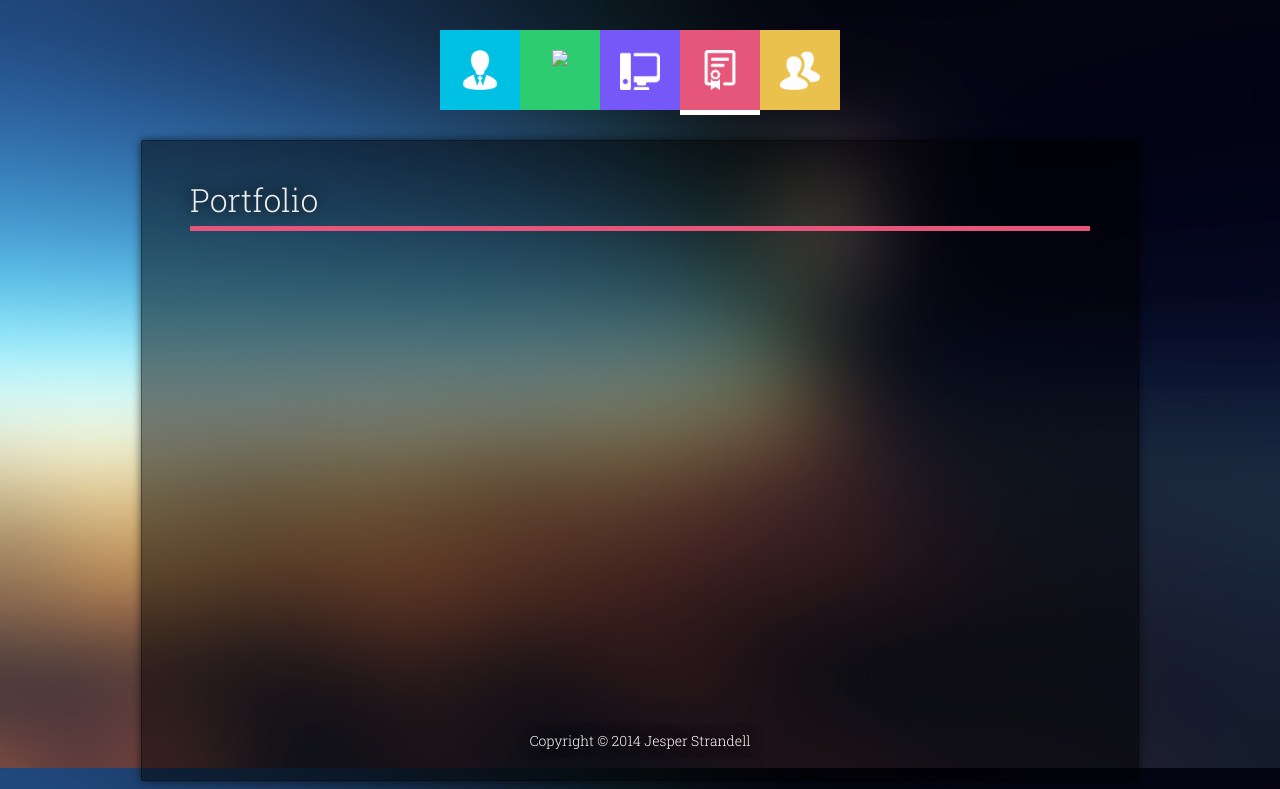
Repository: ja222vv/minipage
Page: pages/portfolio.html
The author's editor kept a record of every edit. The page is drawn from the files as they stood at one moment, then again after the next edit.
The browser window is 1280 px wide. The pictures show the whole page.
Backgrounds fixed to the window are drawn as part of the page.

Above is the page before.
Not found: pages/css/pics/wrench.png
Not found: pages/scripts/script.js

After the next edit:
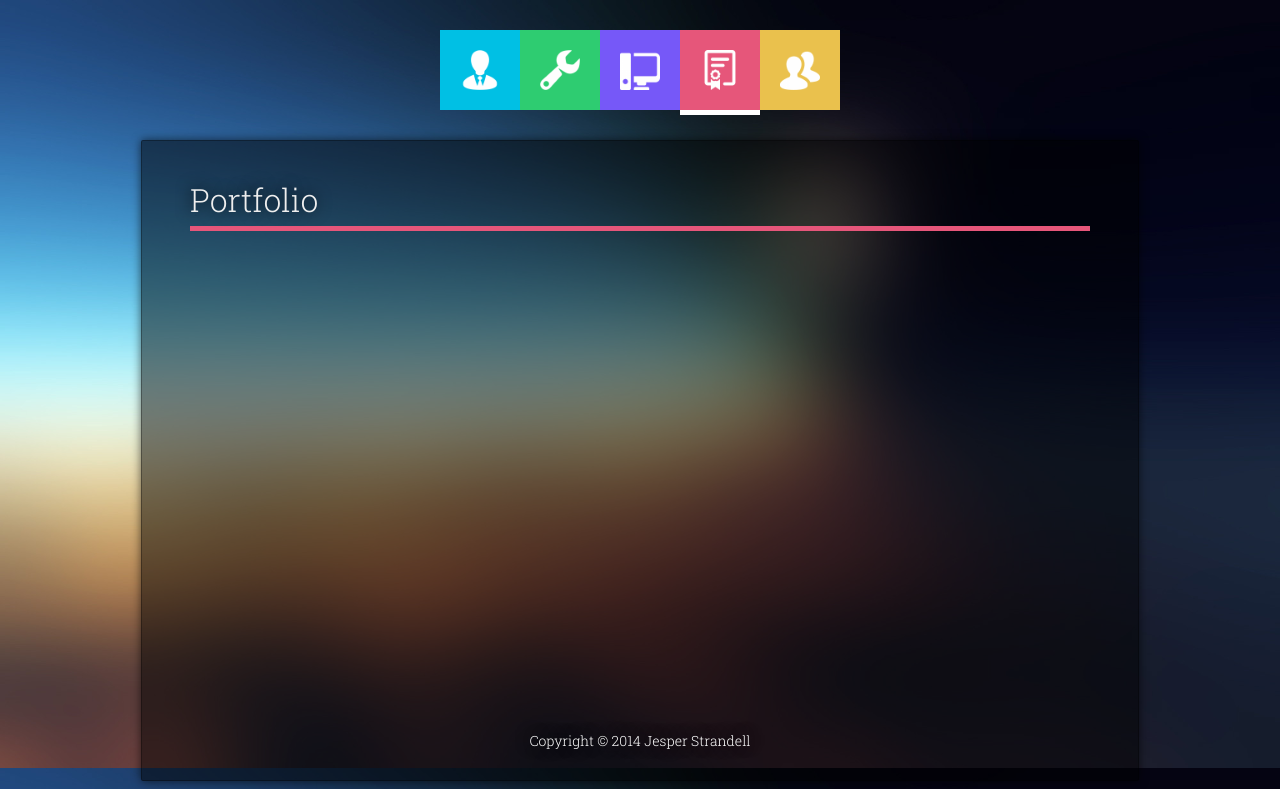
The edit:
--- a/pages/portfolio.html
+++ b/pages/portfolio.html
@@ -16,7 +16,7 @@
             </div>
             <div class="tile mint shrink" id="experience">
                 <a href="experience.html" id="link_exp">
-            	<img src="css/pics/wrench.png" class="icon" />
+            	<img src="../css/pics/wrench.png" class="icon" />
             	<span class="title"></span>
             	</a>
             </div>
